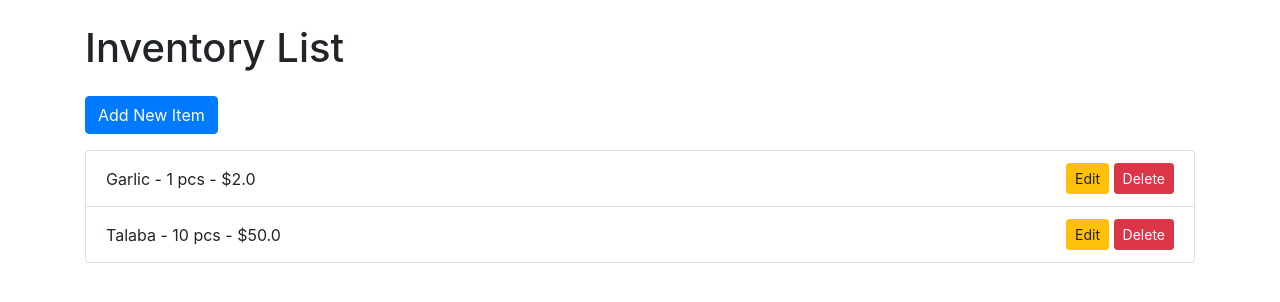
Repository: Stoldark/PLMUN
Page: http://localhost/
These files come from the project's save history. The page is drawn as it stood at one moment and after the next save; the edit follows.
The browser window is 1280 px wide. The pictures show the whole page.
The page is served by the project's application, run on Flask 3 (tempCodeRunnerFile.py). The user the application loads for id 1 is signed in. The page reads the database file committed with the project.

Above is the page before, as saved 2024-09-07 23:06:10.

After the next save:
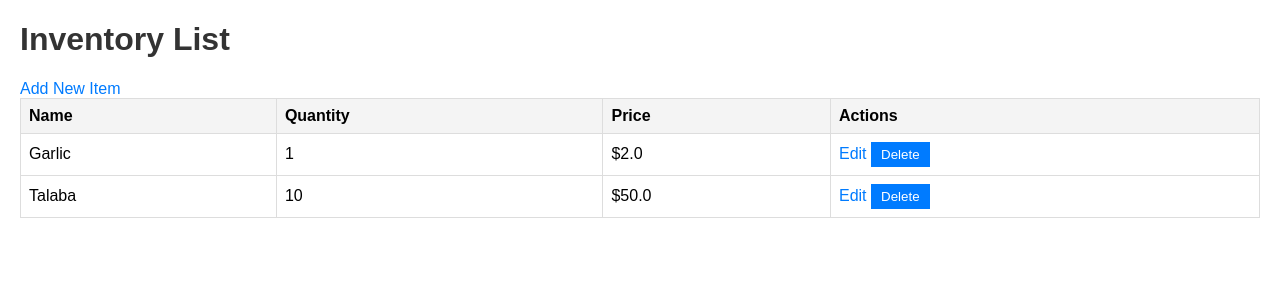
Saved 2 min 28 s later.
--- a/templates/index.html
+++ b/templates/index.html
@@ -4,25 +4,79 @@
     <meta charset="UTF-8">
     <meta name="viewport" content="width=device-width, initial-scale=1.0">
     <title>Inventory Management</title>
-    <link rel="stylesheet" href="https://stackpath.bootstrapcdn.com/bootstrap/4.5.2/css/bootstrap.min.css">
+    <style>
+        body {
+            font-family: Arial, sans-serif;
+            margin: 20px;
+            padding: 0;
+        }
+        h1 {
+            color: #333;
+        }
+        a {
+            text-decoration: none;
+            color: #007bff;
+        }
+        a:hover {
+            text-decoration: underline;
+        }
+        table {
+            width: 100%;
+            border-collapse: collapse;
+            margin-bottom: 20px;
+        }
+        table, th, td {
+            border: 1px solid #ddd;
+        }
+        th, td {
+            padding: 8px;
+            text-align: left;
+        }
+        th {
+            background-color: #f4f4f4;
+        }
+        .actions button {
+            background-color: #007bff;
+            color: white;
+            border: none;
+            padding: 5px 10px;
+            cursor: pointer;
+        }
+        .actions button:hover {
+            background-color: #0056b3;
+        }
+        .actions form {
+            display: inline;
+        }
+    </style>
 </head>
 <body>
-    <div class="container">
-        <h1 class="my-4">Inventory List</h1>
-        <a href="/add" class="btn btn-primary mb-3">Add New Item</a>
-        <ul class="list-group">
+    <h1>Inventory List</h1>
+    <a href="/add">Add New Item</a>
+    <table>
+        <thead>
+            <tr>
+                <th>Name</th>
+                <th>Quantity</th>
+                <th>Price</th>
+                <th>Actions</th>
+            </tr>
+        </thead>
+        <tbody>
             {% for item in items %}
-                <li class="list-group-item d-flex justify-content-between align-items-center">
-                    {{ item.name }} - {{ item.quantity }} pcs - ${{ item.price }}
-                    <div>
-                        <a href="{{ url_for('edit_item', id=item.id) }}" class="btn btn-warning btn-sm">Edit</a>
+                <tr>
+                    <td>{{ item.name }}</td>
+                    <td>{{ item.quantity }}</td>
+                    <td>${{ item.price }}</td>
+                    <td class="actions">
+                        <a href="{{ url_for('edit_item', id=item.id) }}">Edit</a>
                         <form action="{{ url_for('delete_item', id=item.id) }}" method="post" style="display:inline;">
-                            <button type="submit" class="btn btn-danger btn-sm">Delete</button>
+                            <button type="submit">Delete</button>
                         </form>
-                    </div>
-                </li>
+                    </td>
+                </tr>
             {% endfor %}
-        </ul>
-    </div>
+        </tbody>
+    </table>
 </body>
 </html>
